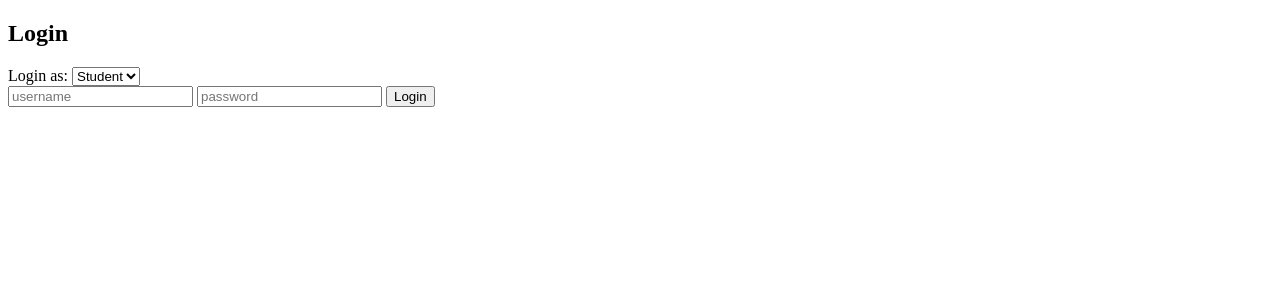
Repository: kkale14/My_allpr
Page: Kalyani1/src/main/webapp/Logintab.html
The author's editor kept a copy of each file at every save. The page is drawn from the files as they stood at one save, then again after the next save.
The browser window is 1280 px wide. The pictures show the whole page.

Above is the page before, as saved 2025-03-04 06:49:16.

### Kalyani1/src/main/webapp/Logintab.html
<!DOCTYPE html>
<html>
<head>
<meta charset="UTF-8">
<title>Login</title>
</head>
<body>

<div >
        <h2>Login</h2>

        <form action="Loginandregdao" method="service">
            <!-- User Type Selection (Student or Admin) -->
            <div >
                <label >Login as:</label>
                <select  name="role" class="input-field">
                    <option value="STUDENT">Student</option>
                    <option value="ADMIN">Admin</option>
                </select>
            </div>

            <!-- Username and Password -->
            <input type="text"  name="username"  placeholder="username" required>
            <input type="password"  name="password"  placeholder="password" required>

            <!-- Login Button -->
            <button type="submit" >Login</button>

        </form>
    </div>

</body>
</html>

After the next save:
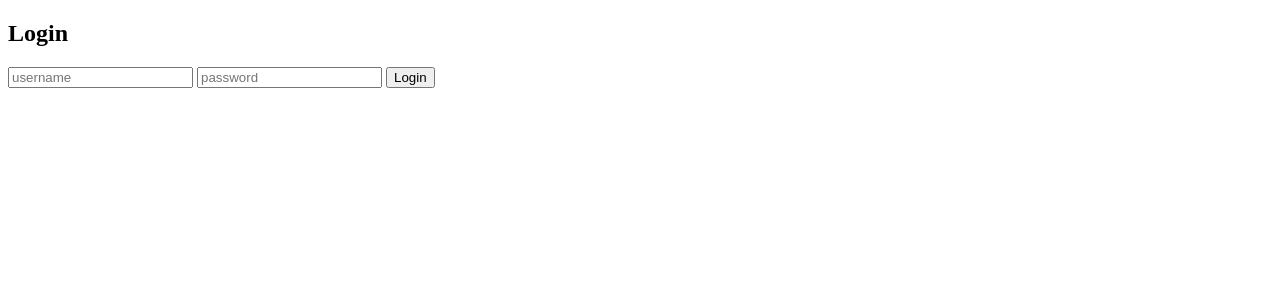
Saved 29 s later.
--- a/Kalyani1/src/main/webapp/Logintab.html
+++ b/Kalyani1/src/main/webapp/Logintab.html
@@ -10,7 +10,7 @@
         <h2>Login</h2>
 
         <form action="Loginandregdao" method="service">
-            <!-- User Type Selection (Student or Admin) -->
+            <!-- User Type Selection (Student or Admin)
             <div >
                 <label >Login as:</label>
                 <select  name="role" class="input-field">
@@ -18,7 +18,7 @@
                     <option value="ADMIN">Admin</option>
                 </select>
             </div>
-
+-->
             <!-- Username and Password -->
             <input type="text"  name="username"  placeholder="username" required>
             <input type="password"  name="password"  placeholder="password" required>
